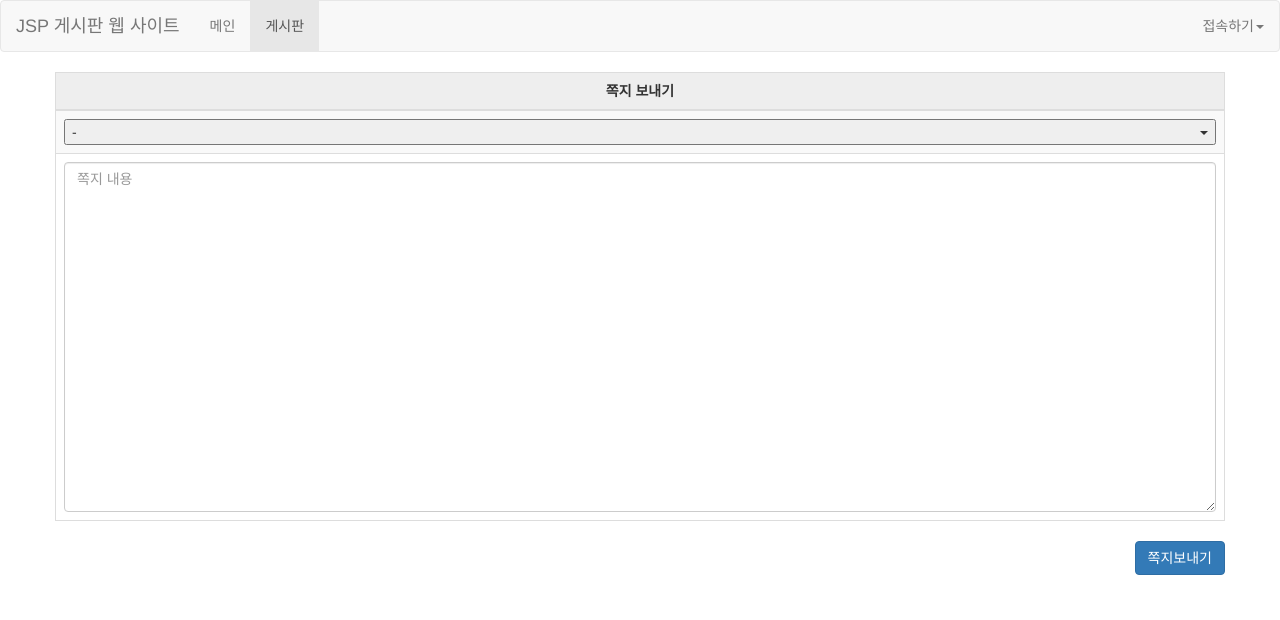
Repository: lihs3443/JSP-Board-System
Page: http://localhost/BBS/messageWrite.jsp
The author's editor kept a copy of each file at every save. The page is drawn from the files as they stood at one save, then again after the next save.
The browser window is 1280 px wide. The pictures show the whole page.
Some web libraries are served in a nearby version. The page is served by Tomcat 9. Other server files are loaded and not shown. Queries for data that is not in the repository find no rows.

Above is the page before, as saved 2022-11-20 09:09:34.

### BBS/WebContent/messageWrite.jsp
<%@page import="user.UserDAO"%>
<%@page import="java.util.ArrayList"%>
<%@ page language="java" contentType="text/html; charset=UTF-8"
    pageEncoding="UTF-8"%>
<%@ page import="user.UserDAO"%>
<%@ page import="user.User"%>
<%@ page import="java.io.PrintWriter" %>
<!DOCTYPE html>
<html>
<head>
<meta charset="UTF-8">
<meta name="viewport" content="width=device-width", initial-scale="1">
<link rel="stylesheet" href="css/bootstrap.css">
<title>JSP 게시판 웹 사이트</title>
</head>
<body>
	<%
		String userID = null;
		if(session.getAttribute("userID") != null){
			userID = (String)session.getAttribute("userID");
		}
	%>

	<nav class="navbar navbar-default"> <!-- 웹사이트 전반적인 구성 -->
		<div class="navbar-header"> <!-- 로고같은 것을 담는 영역 -->
			<!-- 화면이 작아졌을 때 버튼 생성 : 버튼 작대기 3개 -->
			<button type="button" class="navbar-toggle collapsed"
				data-toggle="collapse" data-target="#bs-example-navbar-collapse-1"
				aria-expended="false">
				<span class="icon-bar"></span>
				<span class="icon-bar"></span>
				<span class="icon-bar"></span>
				</button>
				<a class="navbar-brand" href="main.jsp">JSP 게시판 웹 사이트</a>
		</div>
		<div class="collapse navbar-collapse" id="bs-example-navbar-collapse-1"><!-- 버튼 데이터 타겟으랑 같은 것으로 입력 -->
			<ul class="nav navbar-nav"> <!-- 리스트 -->
				<li><a href="main.jsp">메인</a></li>
				<li class="active"><a href="bbs.jsp">게시판</a></li>
			</ul>
			<%
				if(userID == null){
			%>
			<ul class="nav navbar-nav navbar-right">
				<li class="dropdown">
					<a href="#" class="dropdown-toggle"
						data-toggle="dropdown" role="button" aria-haspopup="true"
						aria-expanded="false">접속하기<span class="caret"></span></a>
					<ul class="dropdown-menu">
						<li><a href="login.jsp">로그인</a></li>
						<li><a href="join.jsp">회원가입</a></li>
					</ul>
				</li>
			</ul>
			<%
				}
				else {
			%>
			<ul class="nav navbar-nav navbar-right">
				<li class="dropdown">
					<a href="#" class="dropdown-toggle"
						data-toggle="dropdown" role="button" aria-haspopup="true"
						aria-expanded="false">회원관리<span class="caret"></span></a>
					<ul class="dropdown-menu">
						<li><a href="commentList.jsp">내 댓글보기</a>
					<%
					if(userID.equals("admin")){
					%>
						<li><a href="admin.jsp">관리하기</a>
					<%
					}
					%>
						<li><a href="logoutAction.jsp">로그아웃</a></li>
					</ul>
				</li>
			</ul>
			<%
				}
			%>
		</div>
	</nav>
	<div class="container">
		<div class="row">
			<form method="post" action="messageWriteAction.jsp">
				<table class="table table-striped" style="text-align: center; border: 1px solid #dddddd">
					<thead>
						<tr>
							<th colspan="2" style="background-color: #eeeeee; text-align: center;">쪽지 보내기</th>
						</tr>
					</thead>
					<tbody>
						<script>
							function showUser(v){
							document.getElementById("message-userName").innerText = v;
						}
						</script>
						<%
							UserDAO userDAO = new UserDAO();
							ArrayList<User> list = userDAO.getUser();
						%>
						<tr>
							<td>
								<span class="dropdown">
									<button class="dropdown-toggle" data-toggle="dropdown" role="button" aria-haspopup="true" aria-expanded="false" style="width: 100%; text-align: right;"><div id="message-userName" name="userID" style="display: inline-block; float: left;">-</div><span class="caret"></span></button>
									<ul class="dropdown-menu">
										<%
											for(int i = 0;i<list.size();i++){
										%>
										<li><a class="message-userName-item" onclick="showUser(this.innerText)"><%=list.get(i).getUserName() %></a></li>
										<%
										}
										%>
									</ul>
								</span>
							</td>
						</tr>
						<tr>
							<td><textarea class="form-control" placeholder="쪽지 내용" name="messageContent" maxlength="1024" style="height: 350px;"></textarea></td>
						</tr>
					</tbody>
				</table>
				<input type="submit" class="btn btn-primary pull-right" value="쪽지보내기">
			</form>
		</div>
	</div>
	<script src="http://code.jquery.com/jquery-3.1.1.min.js"></script>
	<script src="js/bootstrap.js"></script>
</body>
</html>

### BBS/src/user/UserDAO.java
// DAO 데이터베이스 접근 객체
// 회원정보 입출력용

package user;

import java.sql.Connection;
import java.sql.DriverManager;
import java.sql.PreparedStatement;
import java.sql.ResultSet;
import java.util.ArrayList;

public class UserDAO {
	private Connection conn;
	private PreparedStatement pstmt; // 해킹기법을 방어하기 위한 수단
	private ResultSet rs;

	// mysqㅣ 접속
	public UserDAO(){
		try {
			String dbURL = "jdbc:mysql://localhost:3306/BBS";
			String dbID = "bbs";
			String dbPassword = "1234";
			Class.forName("com.mysql.jdbc.Driver"); // mysql에 접속하게 해주는 라이브러리 매개체
			conn = DriverManager.getConnection(dbURL,dbID,dbPassword);
		} catch (Exception e) {
			e.printStackTrace();
		}
	}

	// 로그인 함수
	public int login(String userID, String userPassword){
		String SQL = "select userPassword from user where userID = ?;";
		try {
			pstmt = conn.prepareStatement(SQL);
			pstmt.setString(1, userID); // 입력한 아이디를 쿼리에 입력
			rs = pstmt.executeQuery(); // 아이디가 있다면 결과 저장
			if (rs.next()) {
				if(rs.getString(1).equals(userPassword)){
					return 1; // 로그인 성공
				}
				else {
					return 0; // 비밀번호 불일치
				}
			}
			return -1; // 아이디 없음
		} catch (Exception e) {
			e.printStackTrace();
		}
		return -2; // 데이터베이스 오류
	}

	// 회원가입 함수
	public int join(User user) {
		String SQL = "insert into user values(?,?,?,?,?);"; // insert문은 반드시 0 이상의 숫자를 반환함
		try {
			pstmt = conn.prepareStatement(SQL);
			pstmt.setString(1, user.getUserID());
			pstmt.setString(2, user.getUserPassword());
			pstmt.setString(3, user.getUserName());
			pstmt.setString(4, user.getUserGender());
			pstmt.setString(5, user.getUserEmail());
			return pstmt.executeUpdate();
		} catch (Exception e) {
			e.printStackTrace();
		}
		return -1;
	}

	public User getUser(String userID) {
		String SQL = "select * from user where userID=?;";
		User user = new User();
		try {
			pstmt = conn.prepareStatement(SQL);
			pstmt.setString(1, userID);
			rs = pstmt.executeQuery();
			rs.next();
			user.setUserID(rs.getString(1));
			user.setUserPassword(rs.getString(2));
			user.setUserName(rs.getString(3));
			user.setUserGender(rs.getString(4));
			user.setUserEmail(rs.getString(5));
		} catch (Exception e) {
			e.printStackTrace();
		}
		return user;
	}

	public ArrayList<User> getUser() {
		String SQL = "select * from user where userID!='admin';";
		ArrayList<User> list = new ArrayList<User>();
		try {
			pstmt = conn.prepareStatement(SQL);
			rs = pstmt.executeQuery();
			while(rs.next()) {
				User user = new User();
				user.setUserID(rs.getString(1));
				user.setUserPassword(rs.getString(2));
				user.setUserName(rs.getString(3));
				user.setUserGender(rs.getString(4));
				user.setUserEmail(rs.getString(5));
				list.add(user);
			}
		} catch (Exception e) {
			e.printStackTrace();
		}
		return list;
	}
}

Loaded but not shown: BBS/WebContent/css/bootstrap.css (library); BBS/WebContent/js/bootstrap.js (library)

After the next save:
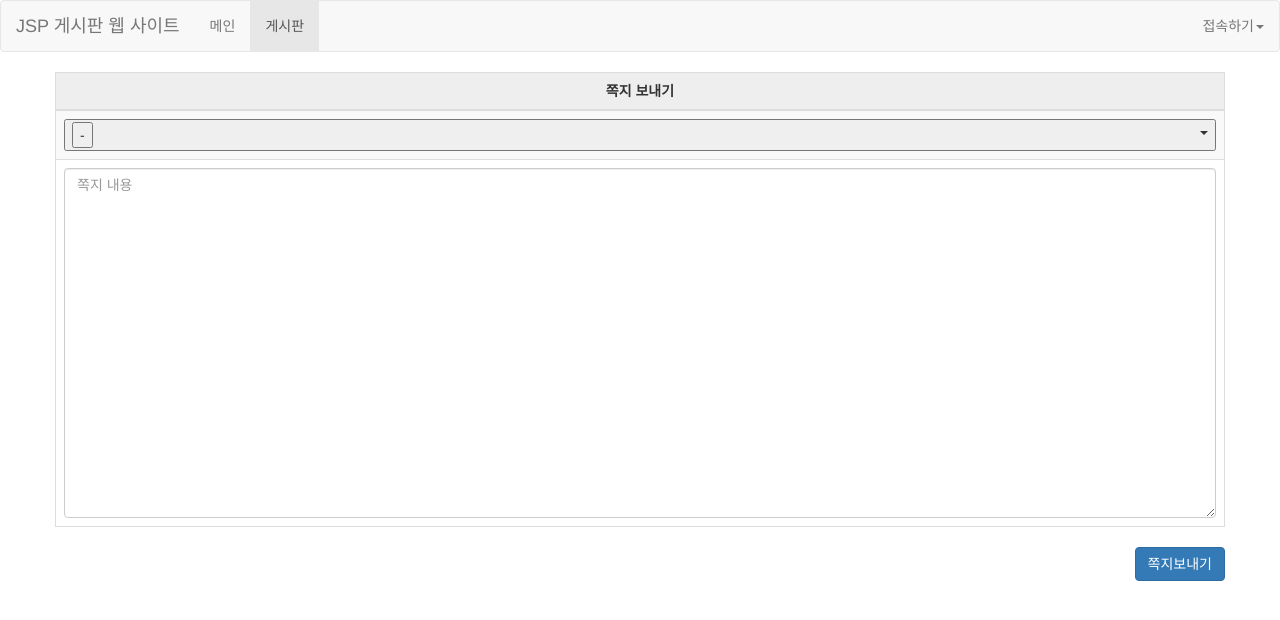
Saved 4 min 6 s later.
--- a/BBS/WebContent/messageWrite.jsp
+++ b/BBS/WebContent/messageWrite.jsp
@@ -101,7 +101,7 @@
 						<tr>
 							<td>
 								<span class="dropdown">
-									<button class="dropdown-toggle" data-toggle="dropdown" role="button" aria-haspopup="true" aria-expanded="false" style="width: 100%; text-align: right;"><div id="message-userName" name="userID" style="display: inline-block; float: left;">-</div><span class="caret"></span></button>
+									<button class="dropdown-toggle" data-toggle="dropdown" role="button" aria-haspopup="true" aria-expanded="false" style="width: 100%; text-align: right;"><input type="button" id="message-userName" name="userID" value="-" style="display: inline-block; float: left;"><span class="caret"></span></button>
 									<ul class="dropdown-menu">
 										<%
 											for(int i = 0;i<list.size();i++){
